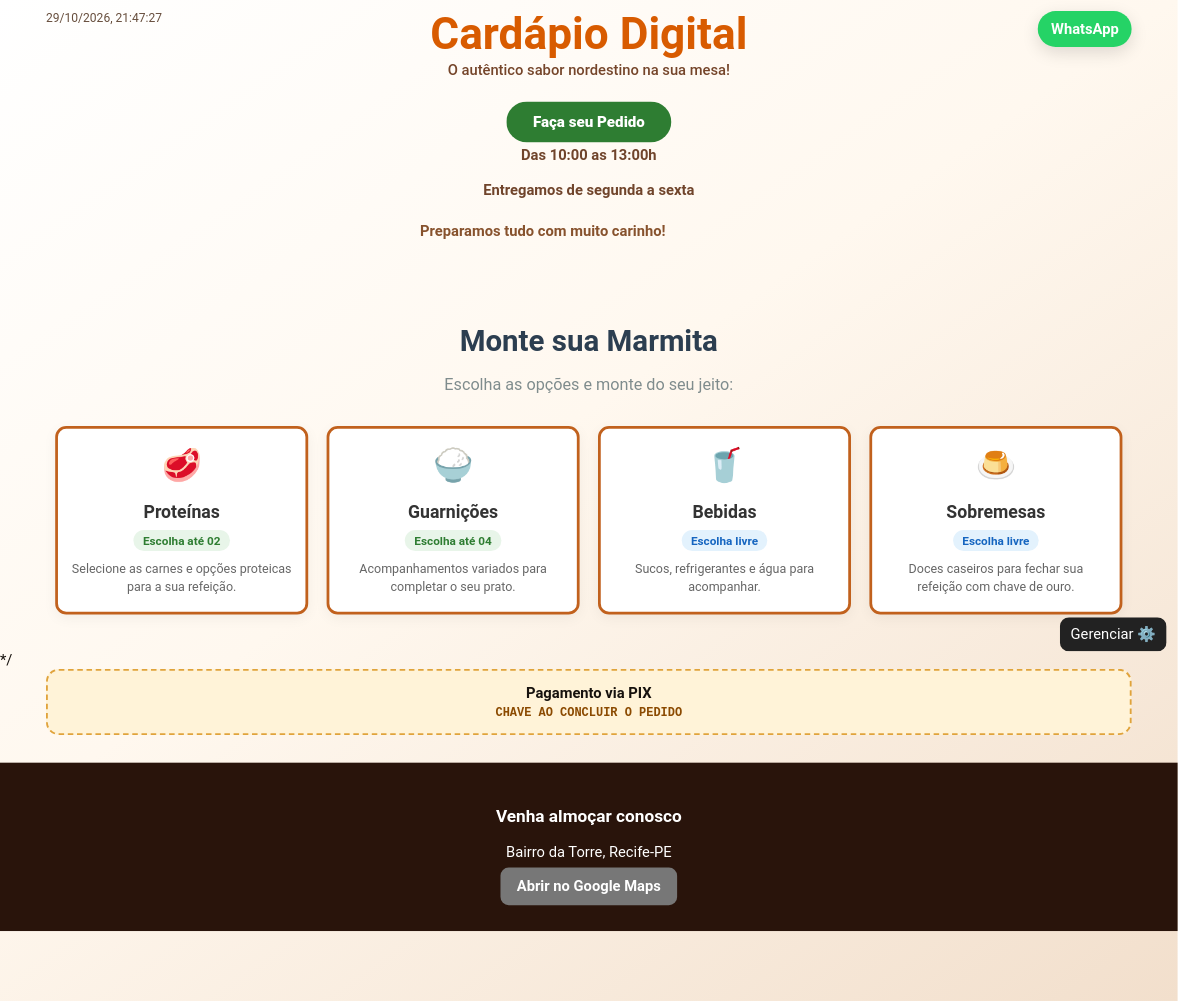
Repository: JeffRodFer/sd-copy-01-frontend
Page: index.html
An editor plug-in stored every save of this project. The page is shown before and after the next save, followed by the edit.
The browser window is 1280 px wide. The pictures show the whole page, at 92% of full size.
The page's requests for data from a server got no answer.

Above is the page before, as saved 2026-10-31 11:44:04.

### index.html
<!DOCTYPE html>
<html lang="pt-BR">

<head>
  <meta charset="UTF-8">
  <meta name="viewport" content="width=device-width, initial-scale=1.0">
  <title>Cardápio Digital</title>
  <link rel="stylesheet" href="style.css">
</head>

<body>


  <header class="container">

    <div class="topbar">

      <div id="datetime" class="datetime"></div>


      <div class="brand">

        <h1>
          Cardápio Digital
        </h1>

        <p>
          O autêntico sabor nordestino na sua mesa!
        </p>

      </div>


      <a id="wa-float-link" class="wa-float" href="https://wa.me/5581920036280" target="_blank" rel="noopener">
        WhatsApp
      </a>

    </div>


    <button class="cta" id="openOrder">
      Faça seu Pedido
    </button>


    <div class="notice">
      Das 10:00 as 13:00h <br><br>
      Entregamos de segunda a sexta
    </div>

  </header>


  <main class="container" id="menu"></main>


  <div class="container note">
    Preparamos tudo com muito carinho!
  </div>
  <section class="menu-categories-section">
    <h2>Monte sua Marmita</h2>
    <p class="subtitle">Escolha as opções e monte do seu jeito:</p>

    <div class="categories-grid">
     <!--Card ProteínaS-->
      <div class="category-card">
        <div class="category-icon">🥩</div>
        <h3>Proteínas</h3>
        <span class="badge-limit">Escolha até 02</span>
        <p>Selecione as carnes e opções proteicas para a sua refeição.</p>
      </div>

      <!-- Card Guarnições -->
      <div class="category-card">
        <div class="category-icon">🍚</div>
        <h3>Guarnições</h3>
        <span class="badge-limit">Escolha até 04</span>
        <p>Acompanhamentos variados para completar o seu prato.</p>
      </div>

      <!-- Card Bebidas -->
      <div class="category-card">
        <div class="category-icon">🥤</div>
        <h3>Bebidas</h3>
        <span class="badge-limit livre">Escolha livre</span>
        <p>Sucos, refrigerantes e água para acompanhar.</p>
      </div>

      <!-- Card Sobremesas -->
      <div class="category-card">
        <div class="category-icon">🍮</div>
        <h3>Sobremesas</h3>
        <span class="badge-limit livre">Escolha livre</span>
        <p>Doces caseiros para fechar sua refeição com chave de ouro.</p>
      </div>
    </div>
  </section> */


  <div class="container pix">

    <strong>
      Pagamento via PIX
    </strong>

    <br>


    <code>
    CHAVE AO CONCLUIR O PEDIDO
  </code>

  </div>


  <footer class="footer">

    <div class="container">

      <h3>
        Venha almoçar conosco
      </h3>

      <div>
        Bairro da Torre, Recife-PE
      </div>


      <a class="maps" href="https://maps.google.com/?q=Rua+Vermelha+02+Torre" target="_blank" rel="noopener">
        Abrir no Google Maps
      </a>


    </div>

  </footer>


  <button class="manage" id="openAdmin">
    Gerenciar ⚙️
  </button>
  <br>
  <br>
  <br>
  <br>

  <!-- =====================================================
     MODAL DO PEDIDO
     ===================================================== -->

  <div class="overlay hidden" id="orderOverlay">

    <div class="modal">


      <!-- PASSO 1 -->

      <div id="orderStep1" class="step active">

        <h2>
          Faça seu Pedido
        </h2>


        <div id="orderError1" class="error hidden"></div>


        <div class="form-grid">


          <div class="field">

            <label>
              Nome Completo
            </label>

            <input id="customerName" autocomplete="name">

          </div>


          <div class="field">

            <label>
              Telefone
            </label>

            <input id="customerPhone" inputmode="tel" autocomplete="tel" maxlength="15" placeholder="(81) 99999-8888">

          </div>


          <div class="field full">

            <label>
              Endereço de Entrega
            </label>

            <input id="customerAddress" autocomplete="street-address">

          </div>


          <div class="field">

            <label>
              Quantidade de Marmitas
            </label>

            <input id="mealCount" type="number" min="1" max="20" value="1">

          </div>


        </div>


        <div class="delivery">

          <label>

            <input type="radio" name="delivery" value="true" checked>

            Entrega em casa - R$ 5,00

          </label>


          <label>

            <input type="radio" name="delivery" value="false">

            Retirar no Restaurante - R$ 0,00

          </label>

        </div>


        <div class="actions">

          <button class="btn gray" id="closeOrder1">
            Cancelar
          </button>


          <button class="btn green" id="toStep2">
            Continuar
          </button>

        </div>

      </div>


      <!-- PASSO 2 -->

      <div id="orderStep2" class="step">

        <h2>
          Monte suas Marmitas
        </h2>


        <div id="orderError2" class="error hidden"></div>


        <div id="marmitas"></div>


        <div class="actions">

          <button type="button" class="btn gray" id="backStep1">
            Voltar
          </button>


          <button type="button" class="btn green" id="toStep3" onclick="clicarEncerrarPedido(event)">
            Encerrar e seguir
          </button>

        </div>

      </div>


      <!-- PASSO 3 -->
      <div id="orderStep3" class="step">

        <h2>Resumo do Pedido</h2>

        <div id="orderSummary" class="order-text"></div>

        <div id="finalTotal" class="total"></div>

        <div class="actions">
          <button class="btn red" id="cancelFinal">
            Voltar
          </button>

          <button class="btn green" id="sendRestaurant">
            Enviar Pedido ao Restaurante
          </button>
        </div>

      </div>

    </div>

  </div>


  <!-- =====================================================
     MODAL ADMINISTRATIVO
     ===================================================== -->

  <div class="overlay hidden" id="adminOverlay">

    <div class="admin-modal">

      <h2>
        Gerenciar Cardápio
      </h2>


      <div id="adminError" class="error hidden"></div>


      <!-- LOGIN -->

      <div id="adminLogin">

        <div class="field">

          <label>
            Usuário
          </label>

          <input id="adminUser" autocomplete="username" value="admin">

        </div>


        <div class="field" style="margin-top:10px">

          <label>
            Senha
          </label>

          <input id="adminPassword" type="password" autocomplete="current-password">

        </div>


        <div class="actions">

          <button class="btn gray" id="closeAdminLogin">
            Fechar
          </button>


          <button class="btn green" id="adminLoginBtn">
            Entrar
          </button>

        </div>

      </div>


      <!-- PAINEL -->

      <div id="adminPanel" class="hidden">

        <div id="adminItems" class="admin-grid"></div>


        <div class="actions">

          <button class="btn gray" id="adminClose">
            Fechar
          </button>


          <button class="btn green" id="adminSave">
            Salvar alterações
          </button>

        </div>

      </div>

    </div>

  </div>


  <script src="script.js"></script>
</body>

</html>

### style.css
:root {
      --orange: #f57c00;
      --brown: #6d3414;
      --green: #2e7d32;
      --red: #d32f2f;
      --blue: #1976d2;
      --purple: #7b1fa2;
      --cream: #fffaf5;
      --line: #eadfd6;
      --muted: #666;
    }

    * {
      box-sizing: border-box;
    }

    html {
      scroll-behavior: smooth;
    }

    body {
      margin: 0;
      background:
        linear-gradient(145deg,
          #fff 0%,
          #fff8ef 45%,
          #f2dfcc 100%);
      color: #17120e;
      font-family: Roboto, Arial, sans-serif;
      min-height: 100vh;
    }

    button,
    input,
    textarea {
      font: inherit;
    }

    button {
      cursor: pointer;
      border: 0;
    }

    .container {
      width: min(1180px, 94%);
      margin: auto;
    }


    /* HEADER */

    .topbar {
      display: grid;
      grid-template-columns: 1fr auto 1fr;
      align-items: start;
      padding: 12px 0;
      gap: 10px;
    }

    .datetime {
      font-size: .82rem;
      color: #674e3d;
    }

    .brand {
      text-align: center;
    }

    .brand h1 {
      margin: 0;
      color: #d85b00;
      font-size: clamp(1.8rem, 5vw, 3rem);
      line-height: 1.05;
    }

    .brand p {
      margin: 5px 0;
      color: #75452a;
      font-weight: 500;
    }

    .wa-float {
      justify-self: end;
      background: #25d366;
      color: #fff;
      padding: 10px 14px;
      border-radius: 999px;
      text-decoration: none;
      font-weight: 700;
      box-shadow: 0 6px 18px #0002;
    }

    .cta {
      display: block;
      margin: 8px auto 5px;
      background: var(--green);
      color: #fff;
      border-radius: 999px;
      padding: 12px 28px;
      font-weight: 800;
      font-size: 1rem;
      animation: pulse 2s infinite;
    }

    .notice {
      text-align: center;
      color: #70442b;
      font-weight: 700;
      margin-bottom: 18px;
    }

    @keyframes pulse {

      0%,
      100% {
        transform: scale(1);
      }

      50% {
        transform: scale(1.03);
      }
    }


    /* CARDÁPIO */

    .section {
      margin: 20px 0;
    }

    .section h2 {
      margin: 0 0 12px;
      color: var(--brown);
    }

    .grid {
      display: grid;
      grid-template-columns:
        repeat(auto-fit,
          minmax(180px, 1fr));
      gap: 10px;
    }

    .card {
      background: #fff;
      border: 1px solid var(--line);
      border-radius: 14px;
      padding: 14px;
      box-shadow:
        0 3px 12px #5a2a0d12;
    }

    .card strong {
      display: block;
    }

    .unavailable {
      opacity: .52;
    }

    .badge {
      display: inline-block;
      margin-top: 7px;
      font-size: .78rem;
      background: #eee;
      padding: 4px 8px;
      border-radius: 999px;
    }

    .accent-guarnicoes {
      border-top: 5px solid #8b5a2b;
    }

    .accent-proteinas {
      border-top: 5px solid #d32f2f;
    }

    .accent-bebidas {
      border-top: 5px solid #1976d2;
    }

    .accent-sobremesas {
      border-top: 5px solid #7b1fa2;
    }

    .note {
      text-align: center;
      font-weight: 700;
      color: #87522d;
      margin: 25px 0;
    }

    .pix {
      background: #fff3d8;
      border: 2px dashed #e0a33b;
      border-radius: 14px;
      padding: 15px;
      text-align: center;
    }

    .pix code {
      font-weight: 800;
      color: #8b4a00;
      word-break: break-all;
    }


    /* FOOTER */

    .footer {
      margin-top: 30px;
      background: #29140b;
      color: #fff;
      padding: 28px 0;
      text-align: center;
    }

    .maps {
      display: inline-block;
      background: #777;
      color: #fff;
      padding: 11px 18px;
      border-radius: 9px;
      text-decoration: none;
      font-weight: 700;
      margin-top: 8px;
    }

    .manage {
      position: fixed;
      right: 12px;
      bottom: 12px;
      background: #222;
      color: #fff;
      padding: 9px 12px;
      border-radius: 10px;
      z-index: 20;
    }


    /* MODAIS */

    .overlay {
      position: fixed;
      inset: 0;
      background: #0009;
      display: flex;
      align-items: center;
      justify-content: center;
      padding: 12px;
      z-index: 100;
    }

    .hidden {
      display: none !important;
    }

    .modal {
      background: #fff;
      width: min(1050px, 100%);
      max-height: 94vh;
      overflow: auto;
      border-radius: 18px;
      box-shadow: 0 20px 70px #0007;
      padding: 22px;
    }

    .modal h2 {
      color: var(--brown);
      margin: 0 0 18px;
    }

    .step {
      display: none;
    }

    /* =====================================================
ESTILOS DA SEÇÃO DE CATEGORIAS (PÁGINA PRINCIPAL)
===================================================== */
.menu-categories-section {
  padding: 40px 20px;
  text-align: center;
  max-width: 1200px;
  margin: 0 auto;
}

.menu-categories-section h2 {
  font-size: 2rem;
  color: #2c3e50;
  margin-bottom: 8px;
  font-weight: 700;
}

.menu-categories-section .subtitle {
  color: #7f8c8d;
  margin-bottom: 35px;
  font-size: 1.1rem;
}

.categories-grid {
  display: grid;
  grid-template-columns: repeat(auto-fit, minmax(250px, 1fr));
  gap: 20px;
  justify-content: center;
}

.category-card {
  background: #ffffff;
  border-radius: 12px;
  padding: 18px 15px;
  box-shadow: 0 4px 15px rgba(0, 0, 0, 0.05);
  transition: transform 0.3s ease, box-shadow 0.3s ease;
  border: 3px solid #c1611d;
  text-align: center;
}

.category-card:hover {
  transform: translateY(-5px);
  box-shadow: 0 8px 25px rgba(233, 83, 46, 0.1);
  border-color: 2px #d85b00;
}

.category-icon {
  font-size: 2.2rem;
  margin-bottom: 8px;
}

.category-card h3 {
  font-size: 1.2rem;
  color: #333333;
  margin-bottom: 8px;
}

.badge-limit {
  display: inline-block;
  background-color: #e8f5e9;
  color: #2e7d32;
  font-weight: 600;
  font-size: 0.8rem;
  padding: 4px 10px;
  border-radius: 20px;
  margin-bottom: 10px;
}

.badge-limit.livre {
  background-color: #e3f2fd;
  color: #1565c0;
}

.category-card p {
  color: #666666;
  font-size: 0.85rem;
  line-height: 1.4;
  margin: 0;
  border-radius: 2px #8b4a00;
}

    .step.active {
      display: block;
    }


    /* FORMULÁRIO */

    .form-grid {
      display: grid;
      grid-template-columns: 1fr;
      gap: 12px;
    }

    .field label {
      display: block;
      font-weight: 700;
      margin-bottom: 5px;
    }

    .field input,
    .field textarea,
    .field select {
      width: 100%;
      padding: 11px;
      border: 1px solid #cfcfcf;
      border-radius: 10px;
      background: #fff;
    }

    .field textarea {
      min-height: 75px;
      resize: vertical;
    }

    .delivery {
      display: grid;
      gap: 9px;
      margin: 12px 0;
    }

    .delivery label {
      border: 1px solid #ddd;
      border-radius: 10px;
      padding: 12px;
    }


    /* MARMITAS */

    .marmita {
      border: 1px solid #ddd;
      border-radius: 15px;
      padding: 14px;
      margin: 14px 0;
      background: #fff;
    }

    .marmita h3 {
      margin: 0 0 12px;
      color: #7b401f;
    }

    .choice-group {
      margin: 13px 0;
    }

    .choice-group h4 {
      margin: 0 0 8px;
    }

    .choices {
      display: grid;
      grid-template-columns:
        repeat(auto-fit,
          minmax(190px, 1fr));
      gap: 8px;
    }

    .check {
      border: 1px solid #ddd;
      border-radius: 10px;
      padding: 9px;
      background: #fafafa;
    }

    .check input {
      margin-right: 6px;
    }

    .limit {
      font-size: .8rem;
      color: var(--muted);
      margin: 5px 0;
    }


    /*
  IMPORTANTE:
  A linha de quantidade agora é uma GRID
  com nome + preço + menos + quantidade + mais.
  Assim o + nunca cai para a linha de baixo.
*/

    .qty-list {
      display: grid;
      gap: 7px;
    }

    .qty-row {
      display: grid;

      grid-template-columns:
        minmax(0, 1fr) auto auto auto auto;

      align-items: center;

      gap: 8px;

      border: 1px solid #eee;
      border-radius: 11px;
      padding: 8px;

      background: #faf8f6;
    }

    .qty-name {
      min-width: 0;
      font-weight: 700;
      overflow-wrap: anywhere;
    }

    .qty-price {
      font-size: .9rem;
      color: #555;
      white-space: nowrap;
    }

    .qty-btn {
      width: 36px;
      height: 36px;
      border-radius: 9px;
      background: #eee;
      font-weight: 900;
      font-size: 1.1rem;
    }

    .qty-value {
      min-width: 22px;
      text-align: center;
      font-weight: 800;
    }


    /* BOTÕES */

    .actions {
      display: flex;
      gap: 10px;
      justify-content: flex-end;
      flex-wrap: wrap;
      margin-top: 18px;
    }

    .btn {
      padding: 12px 18px;
      border-radius: 10px;
      font-weight: 800;
    }

    .btn.green {
      background: #2e7d32;
      color: #fff;
    }

    .btn.red {
      background: #e57373;
      color: #fff;
    }

    .btn.gray {
      background: #eee;
    }

    .total {
      font-size: 1.2rem;
      text-align: right;
      color: #18752b;
      font-weight: 900;
      margin-top: 14px;
    }

    .error {
      background: #ffe5e5;
      color: #9b1c1c;
      padding: 10px;
      border-radius: 9px;
      margin: 10px 0;
    }

    .order-text {
      background: #f5f5f5;
      padding: 14px;
      border-radius: 12px;
      white-space: pre-wrap;
      font-family: monospace;
      line-height: 1.45;
    }


    /* ADMIN */

    .admin-modal {
      background: #f5f5f5;
      width: min(1100px, 100%);
      max-height: 92vh;
      overflow: auto;
      border-radius: 18px;
      padding: 20px;
    }

    .admin-grid {
      display: grid;
      grid-template-columns: 1fr;
      gap: 16px;
    }

    .admin-section {
      background: #fff;
      padding: 14px;
      border-radius: 14px;
    }

    .admin-item {
      display: flex;
      align-items: center;
      justify-content: space-between;
      gap: 10px;
      padding: 9px 0;
      border-bottom: 1px solid #eee;
    }

    .admin-item:last-child {
      border-bottom: 0;
    }

    .switch {
      position: relative;
      width: 50px;
      height: 28px;
      flex: 0 0 auto;
    }

    .switch input {
      display: none;
    }

    .slider {
      position: absolute;
      inset: 0;
      background: #bbb;
      border-radius: 30px;
    }

    .slider:before {
      content: "";
      position: absolute;
      width: 22px;
      height: 22px;
      left: 3px;
      top: 3px;
      background: #fff;
      border-radius: 50%;
      transition: .2s;
    }

    .switch input:checked+.slider {
      background: #2e7d32;
    }

    .switch input:checked+.slider:before {
      transform: translateX(22px);
    }


    /* RESPONSIVO */

    @media(min-width:700px) {

      .form-grid {
        grid-template-columns:
          1fr 1fr;
      }

      .form-grid .full {
        grid-column: 1/-1;
      }

      .admin-grid {
        grid-template-columns:
          1fr 1fr;
      }

    }


    @media(max-width:600px) {

      .topbar {
        grid-template-columns:
          1fr auto;
      }

      .brand {
        grid-column: 1/-1;
        grid-row: 1;
      }

      .datetime {
        grid-column: 1;
      }

      .wa-float {
        grid-column: 2;
      }

      /*
    Mantém TODOS os controles da bebida
    na mesma linha.
  */

      .qty-row {
        grid-template-columns:
          minmax(0, 1fr) auto auto auto auto;
      }

      .qty-price {
        font-size: .8rem;
      }

      .modal {
        padding: 15px;
      }

      .actions .btn {
        flex: 1 1 100%;
      }

    }

Loaded but not shown: script.js (1562 lines, source omitted)

After the next save:
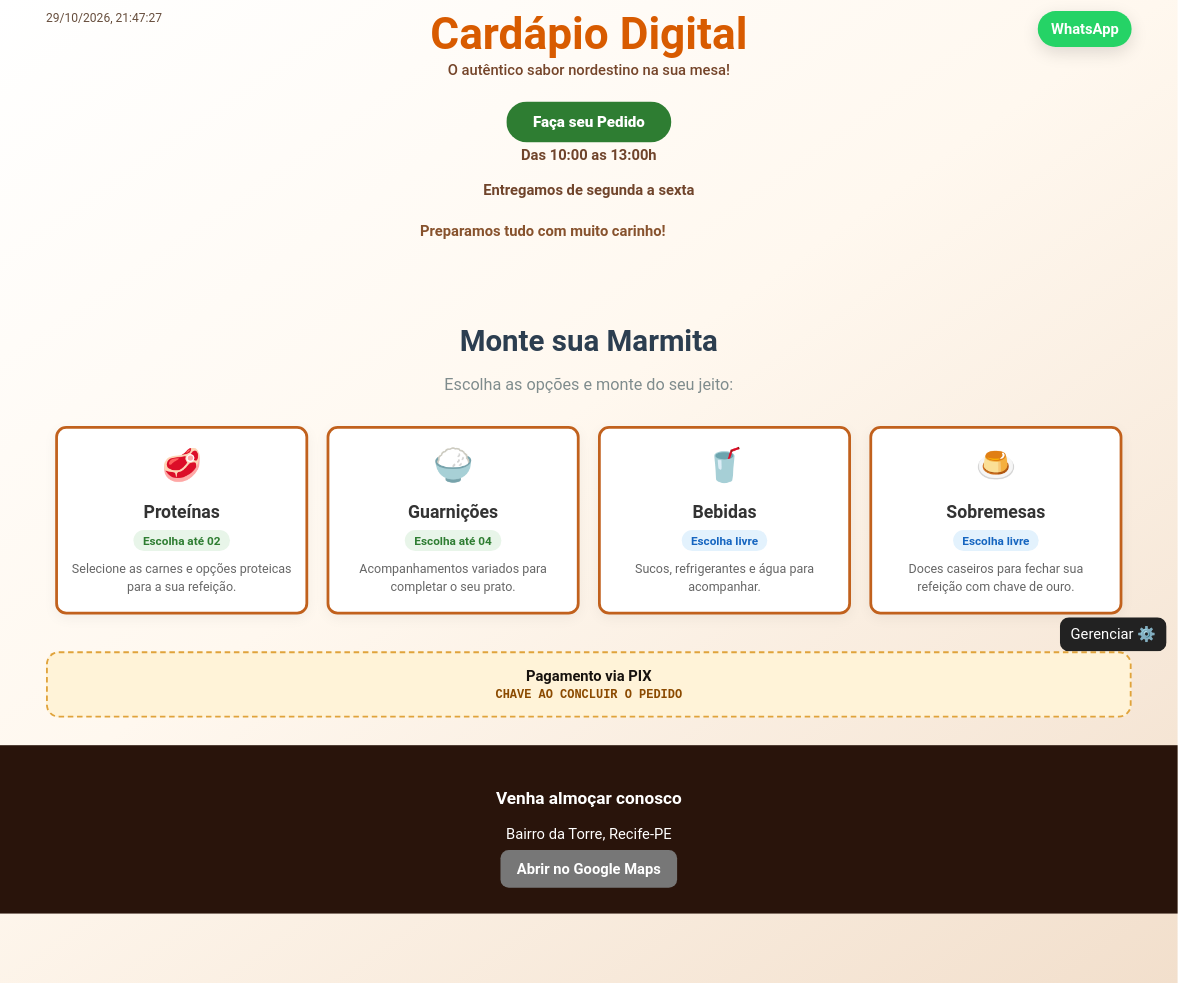
Saved 7 s later.
--- a/index.html
+++ b/index.html
@@ -94,7 +94,7 @@
         <p>Doces caseiros para fechar sua refeição com chave de ouro.</p>
       </div>
     </div>
-  </section> */
+  </section>
 
 
   <div class="container pix">
